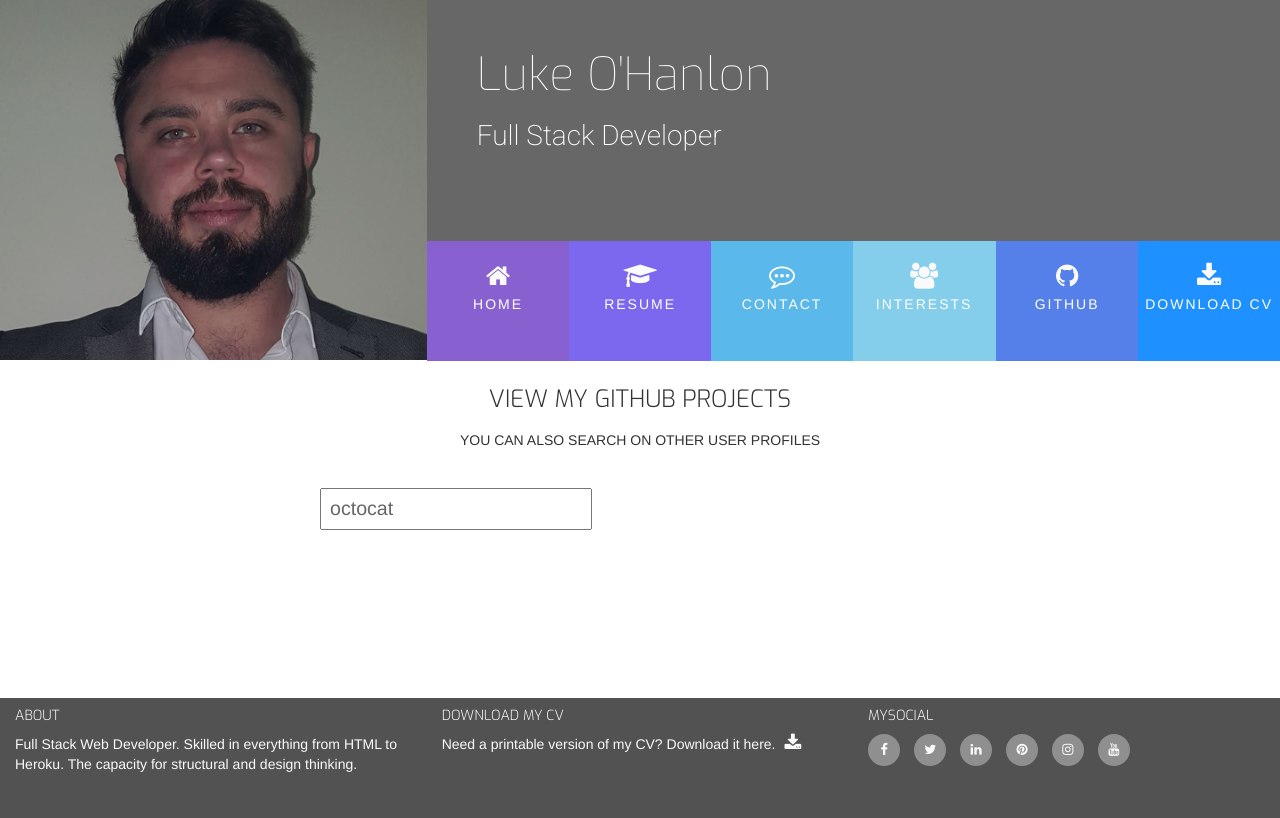
Repository: luke0han/my-resume
Page: github.html
The author's editor kept a record of every edit. The page is drawn from the files as they stood at one moment, then again after the next edit.
The browser window is 1280 px wide. The pictures show the whole page.
The page's requests for data from a server got no answer. Some web libraries are served in a nearby version.

Above is the page before.

After the next edit:
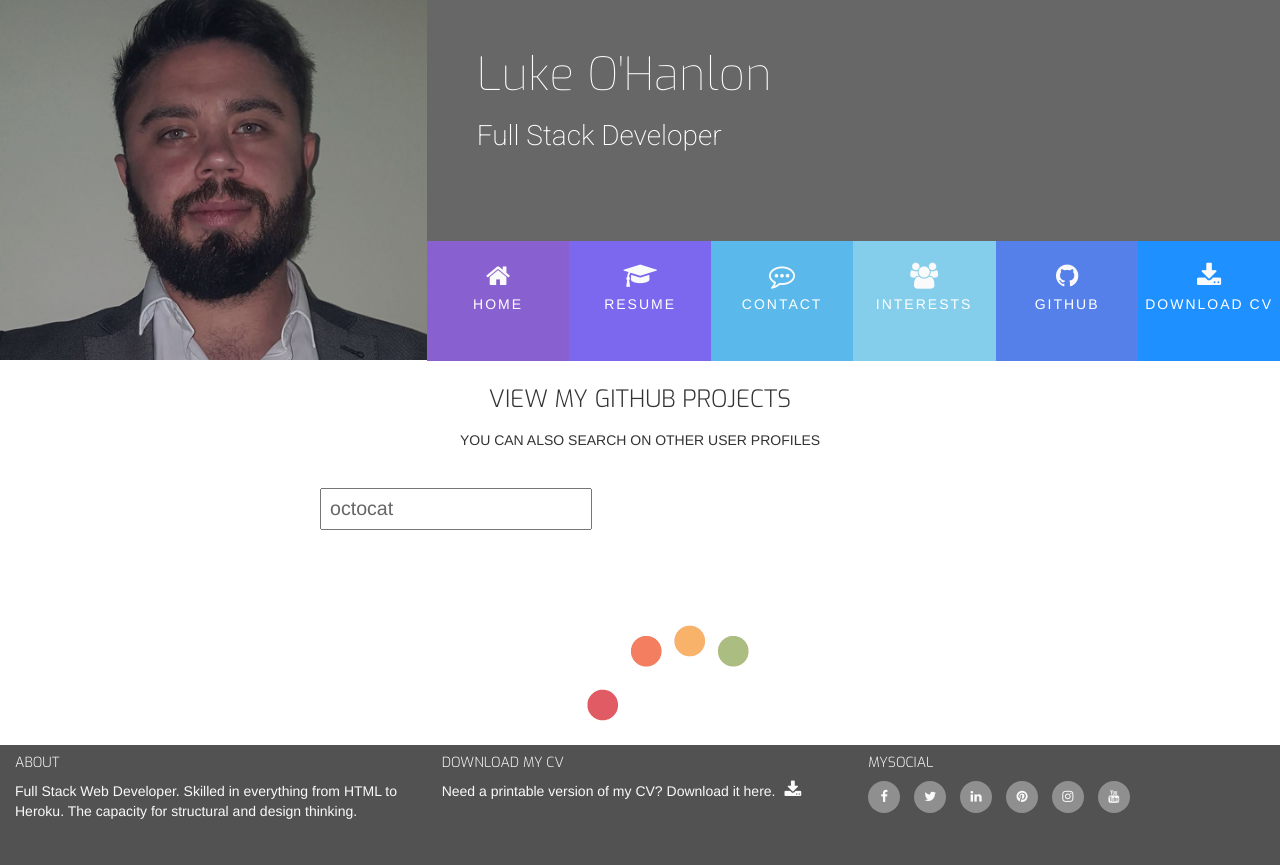
The edit:
--- a/assets/js/github-information.js
+++ b/assets/js/github-information.js
@@ -73,3 +73,5 @@ function fetchGitHubInformation(event) {
             }
         });
 }
+
+$(document).ready(fetchGitHubInformation);
